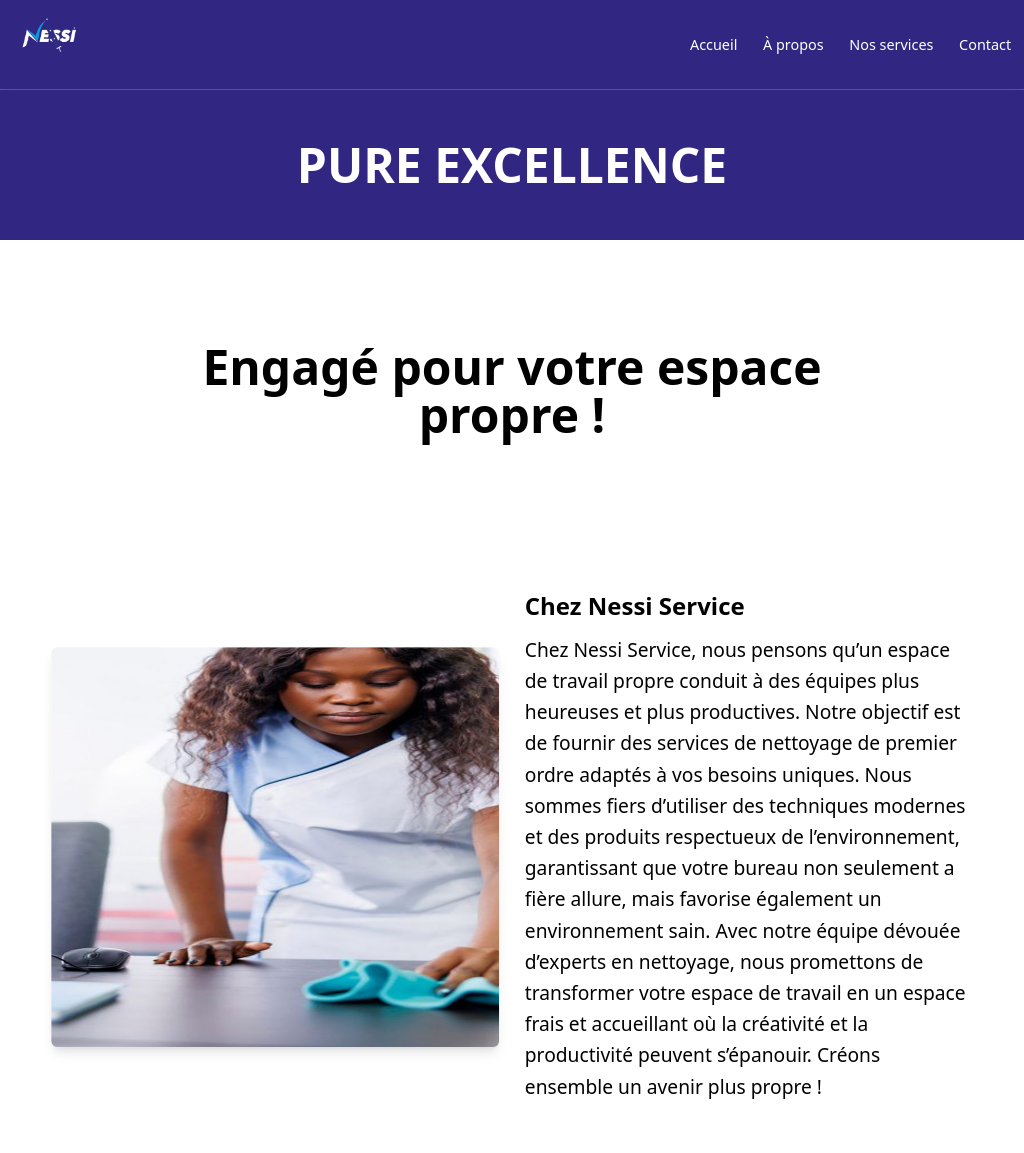
Repository: MDiouf9/Nessi
Page: /About
The author's editor kept a copy of each file at every save. The page is drawn from the files as they stood at one save, then again after a run of saves.
The browser window is 1280 px wide. The pictures show the whole page, at 80% of full size.
The project was rebuilt for these pictures with package versions that can differ from the ones it lists, and the page was loaded fresh each time. Also part of the build but not shown: vite.config.js, src/Global.css, src/App.css, src/components/Footer.jsx, src/Pages/Home.jsx, src/Pages/NotFound.jsx, src/components/Countries.jsx, src/Pages/Services.jsx and 1 more.

Above is the page before, as saved 2025-03-10 18:14:57.

### src/main.jsx
import { StrictMode } from 'react'
import { createRoot } from 'react-dom/client'
import './index.css'
import './Global.css'
import App from './App.jsx'

createRoot(document.getElementById('root')).render(
  <StrictMode>
    <App />
  </StrictMode>,
)

### src/index.css
@tailwind base;
@tailwind components;
@tailwind utilities;
























/* :root {
  font-family: Inter, system-ui, Avenir, Helvetica, Arial, sans-serif;
  line-height: 1.5;
  font-weight: 400;

  color-scheme: light dark;
  color: rgba(255, 255, 255, 0.87);
  background-color: #242424;

  font-synthesis: none;
  text-rendering: optimizeLegibility;
  -webkit-font-smoothing: antialiased;
  -moz-osx-font-smoothing: grayscale;
}

a {
  font-weight: 500;
  color: #646cff;
  text-decoration: inherit;
}
a:hover {
  color: #535bf2;
}

body {
  margin: 0;
  display: flex;
  place-items: center;
  min-width: 320px;
  min-height: 100vh;
}

h1 {
  font-size: 3.2em;
  line-height: 1.1;
}

button {
  border-radius: 8px;
  border: 1px solid transparent;
  padding: 0.6em 1.2em;
  font-size: 1em;
  font-weight: 500;
  font-family: inherit;
  background-color: #1a1a1a;
  cursor: pointer;
  transition: border-color 0.25s;
}
button:hover {
  border-color: #646cff;
}
button:focus,
button:focus-visible {
  outline: 4px auto -webkit-focus-ring-color;
}

@media (prefers-color-scheme: light) {
  :root {
    color: #213547;
    background-color: #ffffff;
  }
  a:hover {
    color: #747bff;
  }
  button {
    background-color: #f9f9f9;
  }
} */

### src/App.jsx

import { BrowserRouter , Routes, Route  } from "react-router-dom"
// import reactLogo from './assets/react.svg'
// import viteLogo from '/vite.svg'
import './App.css'
import Home from './Pages/Home'
import NotFound from './Pages/NotFound'
import About from './Pages/About'
import Countries from './components/Countries'
import Services from './Pages/Services'
import Contact from './Pages/Contact'


function App() {

  return (
    <>
     <BrowserRouter>
      <Routes>
        <Route path="/"  element={<Home />} />
        <Route path='/About' element={<About/>} />
        <Route path='/Services' element={<Services/>} />
        <Route path='/Contact' element={<Contact/>} />
        <Route path='/Countries' element={<Countries/>} />
        <Route path='*' element={<NotFound/>} />
      </Routes>
    </BrowserRouter>

    </>
  )
}

export default App

### src/Pages/About.jsx

import Header from '../components/Header'
import SectionWithImage from '../components/Sectionlesft'
import regulier from "../assets/fememenage.png";


const About = () => {
  return (
    <div>

        <Header/>
        <section className="bg-[#312783] text-white py-16 flex justify-center items-center">
      <h1 className="text-4xl md:text-6xl font-bold">PURE EXCELLENCE</h1>
    </section>
    {/* section 2 */}
    <section className=" text-white py-16 flex justify-center items-center">
      <h1 className="text-4xl md:text-6xl font-bold"> <section className=" text-black py-16 flex justify-center items-center">
      <h1 className="text-4xl md:text-6xl font-bold text-center">Engagé pour votre espace <br /> propre !</h1>
    </section></h1>
    </section>

        <SectionWithImage
             imageSrc={regulier} // Image à afficher
             altText="Nettoyage en action" // Texte alternatif
             title="Chez Nessi Service" // Titre de la section
             content="Chez Nessi Service, nous pensons qu’un espace de travail propre conduit à des équipes plus heureuses et plus productives. Notre objectif est de fournir des services de nettoyage de premier ordre adaptés à vos besoins uniques. Nous sommes fiers d’utiliser des techniques modernes et des produits respectueux de l’environnement, garantissant que votre bureau non seulement a fière allure, mais favorise également un environnement sain. Avec notre équipe dévouée d’experts en nettoyage, nous promettons de transformer votre espace de travail en un espace frais et accueillant où la créativité et la productivité peuvent s’épanouir. Créons ensemble un avenir plus propre !"
           />
    </div>
  )
}

export default About

### src/components/Header.jsx
import  { useState } from "react";
import { Link } from "react-router-dom";
import logo from "../assets/logo1.png";

const navLinks = [
  { name: "Accueil", path: "/" },
  { name: "À propos", path: "/about" },
  { name: "Nos services", path: "/services" },
  { name: "Contact", path: "/contact" }
];

const Header = () => {
  const [isMenuOpen, setIsMenuOpen] = useState(false); // État pour gérer l'ouverture du menu mobile

  return (
    <header className="bg-[#312783] text-white p-4 shadow-lg">
      <div className="container mx-auto flex justify-between items-center">
        {/* Logo */}
        <img src={logo} alt="Logo" className="h-20" />

        {/* Menu burger pour mobile */}
        <button
          className="lg:hidden text-white text-2xl"
          onClick={() => setIsMenuOpen(!isMenuOpen)}
          aria-label="Toggle Menu"
        >
          {isMenuOpen ? (
            <span>&#10005;</span>  // Croix de fermeture du menu
          ) : (
            <span>&#9776;</span>  // Icône hamburger
          )}
        </button>

        {/* Navigation */}
        <nav className={`lg:flex ${isMenuOpen ? "block" : "hidden"} lg:bg-transparent bg-[#312783]`}>
          <ul className="lg:flex lg:space-x-8 flex-col lg:flex-row space-y-4 lg:space-y-0 p-6 lg:p-0">
            {navLinks.map((link, index) => (
              <li key={index} className="relative">
                <Link
                  to={link.path}
                  className="hover:text-gray-300 text-lg transition-colors duration-300 ease-in-out"
                >
                  {link.name}
                </Link>
                {/* Ajouter une barre sous le lien actif */}
              </li>
            ))}
          </ul>
        </nav>
      </div>


    </header>
  );
};

export default Header;

### src/components/Sectionlesft.jsx
const SectionWithImage = ({ imageSrc, altText, title, content }) => {
    return (
      <section className="bg-white py-16 px-6 md:px-16">
        <div className="container mx-auto flex flex-col md:flex-row items-center gap-8">
          {/* Image à gauche */}
          <div className="md:w-1/2 flex justify-aound items-center">
            <img src={imageSrc} alt={altText} className="w-full h-full max-h-[500px] object-center  rounded-lg shadow-lg" />
          </div>

          {/* Texte à droite */}
          <div className="md:w-1/2 flex flex-col justify-center h-full">
            <h2 className="text-3xl font-bold mb-4">{title}</h2>
            <p className="text-2xl leading-relaxed">{content}</p>
          </div>
        </div>
      </section>
    );
  };

  export default SectionWithImage;

Loaded but not shown: index.html (common file); tailwind.config.js (common file)

After the next 5 saves:
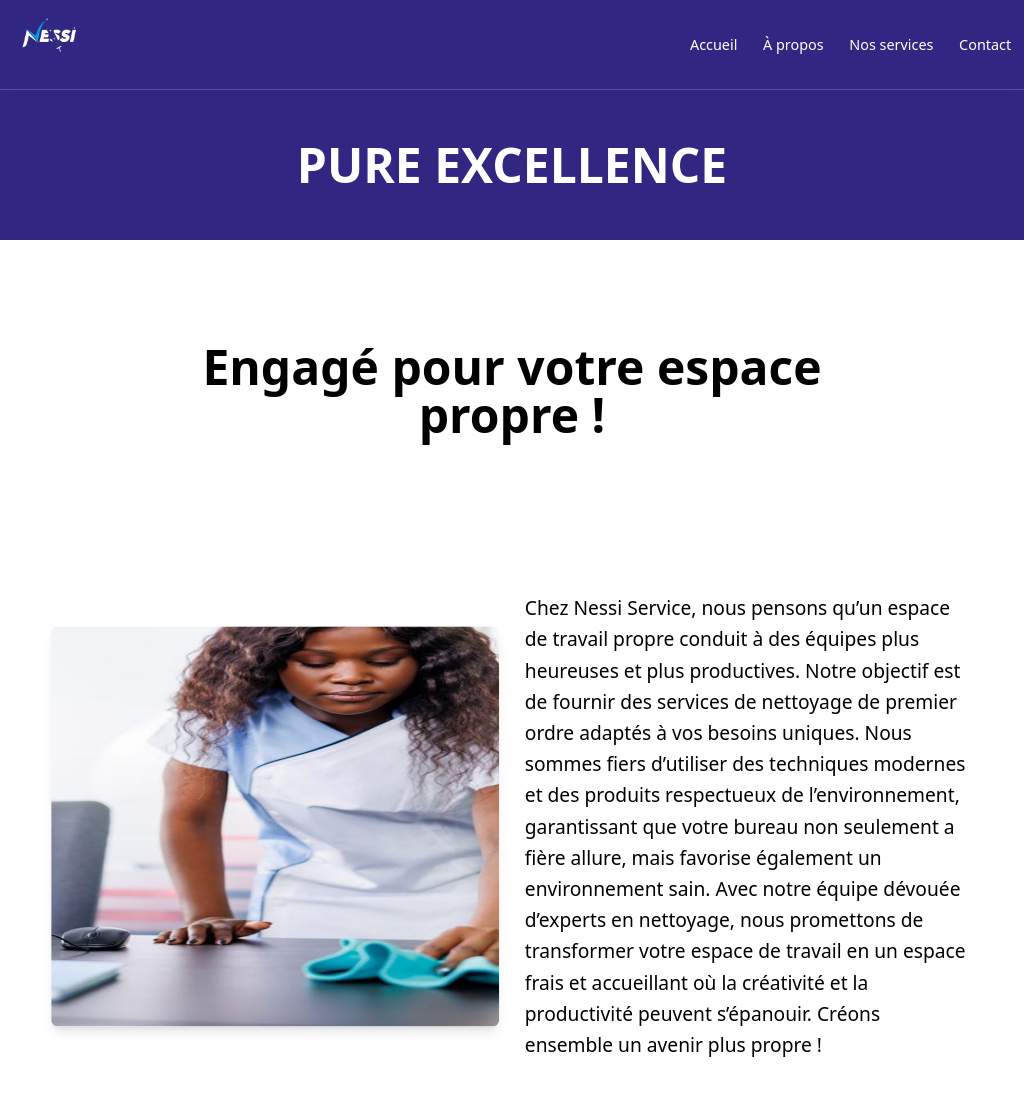
The 5 saves are shown as one change because they came seconds apart.
The last was saved 42 s later.
--- a/src/components/Sectionlesft.jsx
+++ b/src/components/Sectionlesft.jsx
@@ -1,4 +1,4 @@
-const SectionWithImage = ({ imageSrc, altText, title, content }) => {
+const SectionWithImage = ({ imageSrc, altText,content }) => {
     return (
       <section className="bg-white py-16 px-6 md:px-16">
         <div className="container mx-auto flex flex-col md:flex-row items-center gap-8">
@@ -9,7 +9,7 @@ const SectionWithImage = ({ imageSrc, altText, title, content }) => {
 
           {/* Texte à droite */}
           <div className="md:w-1/2 flex flex-col justify-center h-full">
-            <h2 className="text-3xl font-bold mb-4">{title}</h2>
+
             <p className="text-2xl leading-relaxed">{content}</p>
           </div>
         </div>
